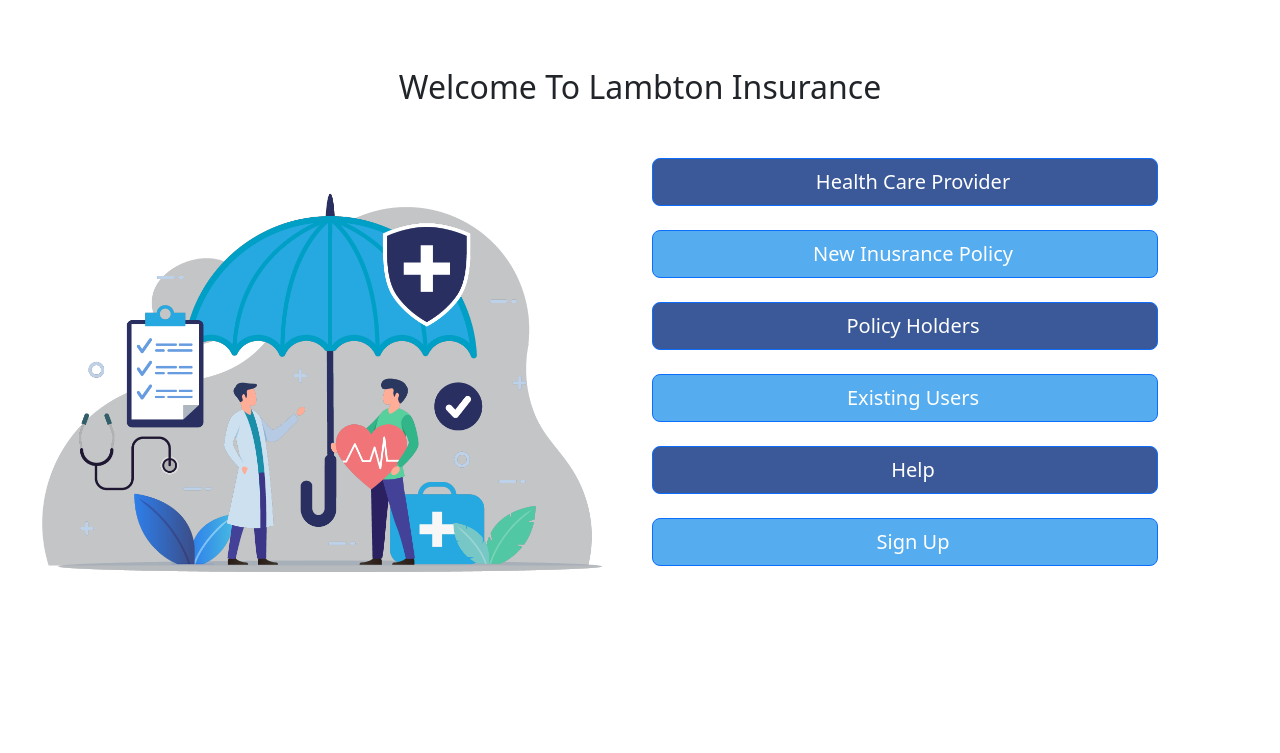
Repository: Puttaz/InsuranceGUI_React
Page: /index (app in client/)
The author's editor kept a copy of each file at every save. The page is drawn from the files as they stood at one save, then again after the next save.
The browser window is 1280 px wide. The pictures show the whole page.
The project was rebuilt for these pictures with package versions that can differ from the ones it lists, and the page was loaded fresh each time. Also part of the build but not shown: client/vite.config.js, client/src/Index.css, client/src/Users.jsx, client/src/CreateUser.jsx, client/src/UpdateUser.jsx.

Above is the page before, as saved 2023-12-06 17:46:17.

After the next save:
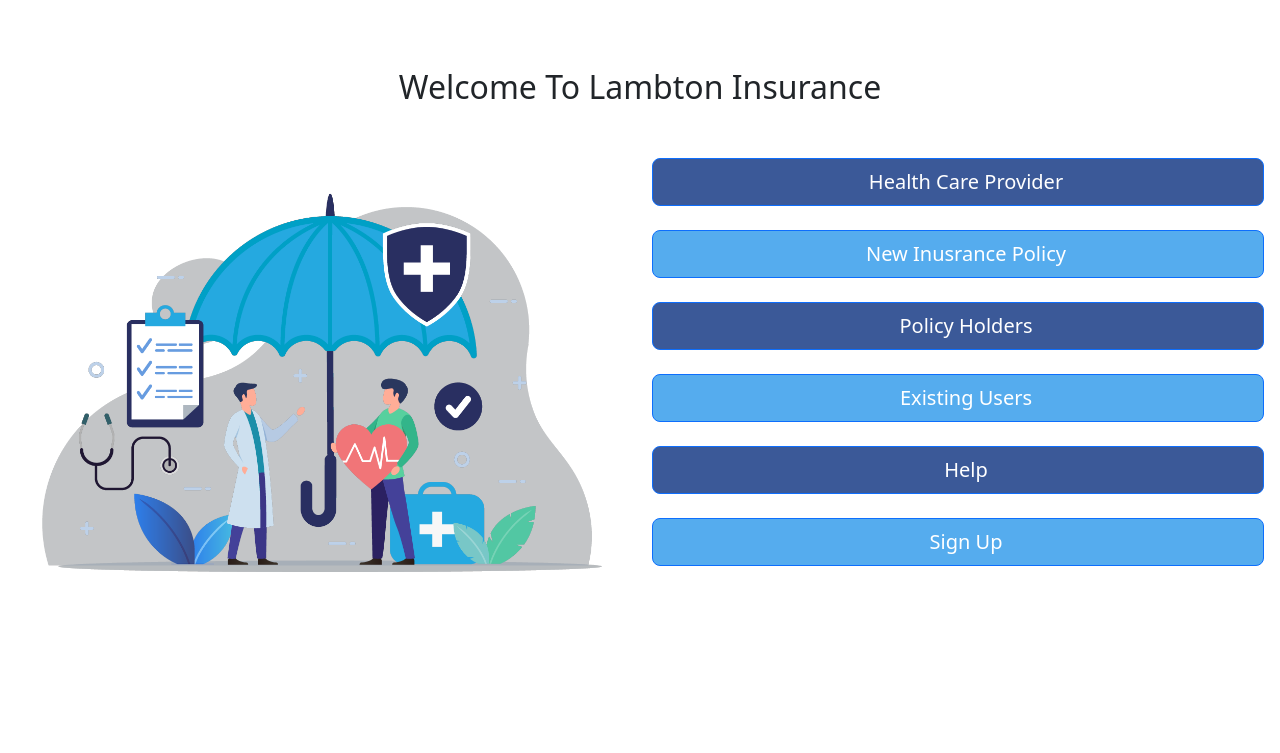
Saved 15 s later.
--- a/client/src/Index.jsx
+++ b/client/src/Index.jsx
@@ -28,7 +28,7 @@ function App() {
           class="img-fluid" alt="home image" />
         </MDBCol>
 
-        <MDBCol col='4' md='5'>
+        <MDBCol col='4' md='6'>
 
           <MDBBtn className="mb-4 w-100" size="lg" style={{backgroundColor: '#3b5998'}}>
             <MDBIcon fab icon="facebook-f" className="mx-2"/>
